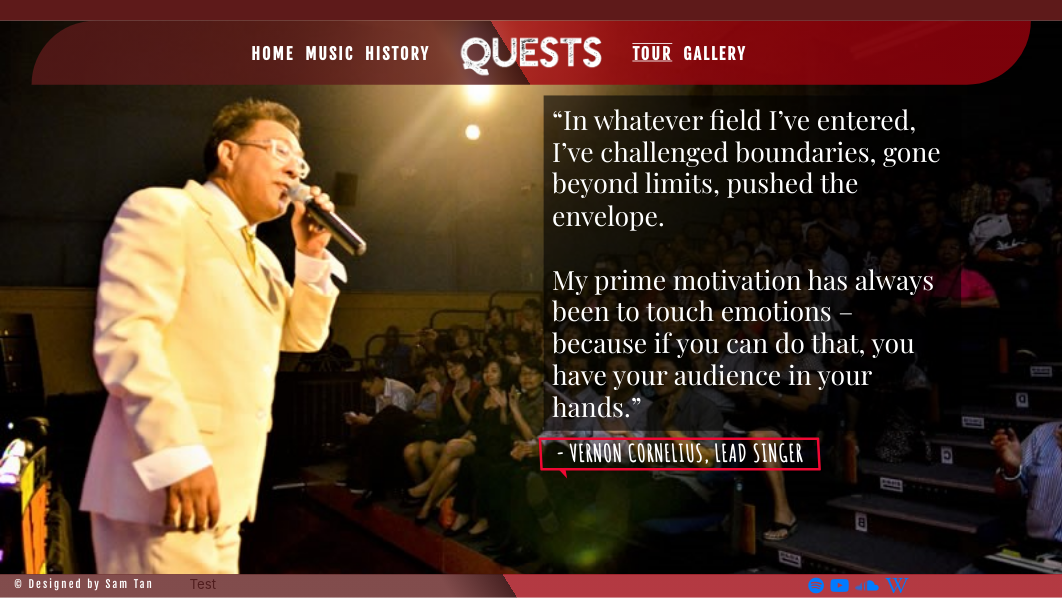
Repository: SamLookingGlass/User-Centric-Frontend-Development-Project
Page: tour.html
The author's editor kept a record of every edit. The page is drawn from the files as they stood at one moment, then again after the next edit.
The browser window is 1280 px wide. The pictures show the whole page, at 83% of full size.
Some web libraries are served in a nearby version.

Above is the page before.

### tour.html
<!doctype html>
<html lang="en">

<head>
    <!-- Required meta tags -->
    <meta charset="utf-8">
    <meta name="viewport" content="width=device-width, initial-scale=1, shrink-to-fit=no">

    <!-- Bootstrap CSS -->
    <link rel="stylesheet" href="https://maxcdn.bootstrapcdn.com/bootstrap/4.0.0/css/bootstrap.min.css" integrity="sha384-Gn5384xqQ1aoWXA+058RXPxPg6fy4IWvTNh0E263XmFcJlSAwiGgFAW/dAiS6JXm" crossorigin="anonymous">

    <!-- Google Fonts CSS -->
    <link href="https://fonts.googleapis.com/css?family=Fjalla+One&display=swap" rel="stylesheet">
    <link href="https://fonts.googleapis.com/css?family=Amatic+SC&display=swap" rel="stylesheet">
    <link href="https://fonts.googleapis.com/css?family=Playfair+Display&display=swap" rel="stylesheet">

    <!-- Font Awesoe CSS -->
    <link rel="stylesheet" href="https://cdnjs.cloudflare.com/ajax/libs/font-awesome/4.7.0/css/font-awesome.min.css">

    <!-- Own Stylesheet -->
    <link href="style.css" rel="stylesheet" type="text/css" />

    <title>The Quests Official - Tour</title>
</head>

<body id="borderhome">
    <!--<div class="container-fluid" style="height:2vw"></div>-->
    <nav class="fontnew" id="navbg">
        <div class="container-fluid">
            <div class="row d-lg-flex">
                <div class="col-5 navnew navleft d-flex justify-content-end">
                    <ul class="d-flex">
                        <li><a href="home.html">HOME</a></li>
                        <li><a href="music.html">MUSIC</a></li>
                        <li><a href="history.html">HISTORY</a></li>
                    </ul>
                </div>
                <div class="col-2 d-lg-flex justify-content-center">
                    <a class="" href="home.html">
                     <img id="navlogo" class="img-fluid" src="images/logo/logo.png" alt="Quests Logo">
                </a>
                </div>
                <div class="col-5 navnew navright d-lg-flex justify-content-start">
                    <ul class="d-flex">
                        <li id="active"><a href="tour.html">TOUR</a></li>
                        <li><a href="gallery.html">GALLERY</a></li>
                    </ul>
                </div>
            </div>
        </div>
    </nav>
    <section class="tour-background">
        <div style="height:500pt" class="container-fluid">
            <div class="row">
                <div class="col-1"></div>
                <div class="col-5"></div>
                <div class="col-5 fonttypo">
                    <div>
                        <h2 class="cardbod cardbod-tour">
                            “In whatever field I’ve entered, I’ve challenged boundaries, gone beyond limits, pushed the envelope.
                            <br>
                            <br> My prime motivation has always been to touch emotions – because if you can do that, you have your audience in your hands.”
                            <br>
                        </h2>
                        <h3 class="blockheader1 ">
                            - Vernon Cornelius, Lead Singer
                        </h3>
                    </div>
                    <div class="col-1"></div>
                </div>
            </div>
    </section>
    <section>
        <div class="container-fluid">
            <div class="row">
                <div class="col-2"></div>
                <div class="col-8">
                    Test
                </div>
                <div class="col-2"></div>
            </div>
        </div>
    </section>
    <footer class="fixed-bottom fontfooter" id="navbg1">
        <div class="container-fluid">
            <div class="row">
                <div class="col-3">© Designed by Sam Tan </div>
                <div class="col-6 d-lg-flex justify-content-center"></div>
                <div class="col-3">
                    <!--<a href=""><i class="fa fa-facebook-square" style="font-size:22px"></i></a>-->
                    <a href="https://open.spotify.com/artist/4AOgY5YwQw4d5pgEX3f56A" target="_blank"><i class="fa fa-spotify" style="font-size:22px"></i></a>
                    <a href="https://www.youtube.com/user/JoeWuSeattleWaUSA/featured" target="_blank"><i class="fa fa-youtube-play" style="font-size:22px"></i></a>
                    <a href="https://soundcloud.com/user-73693220/keith-locke-the-quests-dont-1" target="_blank"><i class="fa fa-soundcloud" style="font-size:22px"></i></a>
                    <a href="https://en.wikipedia.org/wiki/The_Quests" target="_blank"><i class="fa fa-wikipedia-w" style="font-size:22px"></i></a>
                </div>
            </div>
        </div>
    </footer>

    <!-- Optional JavaScript -->
    <!-- jQuery first, then Popper.js, then Bootstrap JS -->
    <script src="https://code.jquery.com/jquery-3.2.1.slim.min.js" integrity="sha384-KJ3o2DKtIkvYIK3UENzmM7KCkRr/rE9/Qpg6aAZGJwFDMVNA/GpGFF93hXpG5KkN" crossorigin="anonymous"></script>
    <script src="https://cdnjs.cloudflare.com/ajax/libs/popper.js/1.12.9/umd/popper.min.js" integrity="sha384-ApNbgh9B+Y1QKtv3Rn7W3mgPxhU9K/ScQsAP7hUibX39j7fakFPskvXusvfa0b4Q" crossorigin="anonymous"></script>
    <script src="https://maxcdn.bootstrapcdn.com/bootstrap/4.0.0/js/bootstrap.min.js" integrity="sha384-JZR6Spejh4U02d8jOt6vLEHfe/JQGiRRSQQxSfFWpi1MquVdAyjUar5+76PVCmYl" crossorigin="anonymous"></script>
</body>

</html>

### style.css
/*Sanity Checks*/
.blue {
    background-color:blue;

}
.bod {
    border:solid 1px black;
}

.shadow-black {
    text-shadow: 2px 2px black;
}

.shadow-grey {
    text-shadow: 2px 1px grey;
}

/*Home Styling*/
.cardbod {
    margin-top:7vw;
    padding:0.5vw;
    display: flex;
    flex-direction: column;
}

/*Arrow Test https://codepen.io/raf187/pen/BvgGRQ*/
.red {
    margin-top:17vw;
}
body{
  margin-top: 0;
  padding: 0;
}
.arrow{
    position: absolute;
    top: 50%;
    left: 50%;
    transform: translate(-50%,-50%);
}
.arrow span{
    display: block;
    width: 30px;
    height: 30px;
    border-bottom: 5px solid rgb(158,2,13,0.7);
    border-right: 5px solid rgb(158,2,13,0.7);
    transform: rotate(45deg);
    margin: -12px;
    animation: animate 2s infinite;
}
.arrow span:nth-child(2){
    animation-delay: -0.2s;
}
.arrow span:nth-child(3){
    animation-delay: -0.4s;
}

@keyframes animate {
    0%{
        opacity: 0;
        transform: rotate(45deg) translate(-20px,-20px);
    }
    50%{
        opacity: 1;
    }
    100%{
        opacity: 0;
        transform: rotate(45deg) translate(20px,20px);
    }
}

/**/
#borderhome {
    border-top: solid 2vw rgb(94,26,26);
}

/*Parralax Scrolling */
.parralax {
    background-color:teal;
    height:480pt;
    background-attachment: fixed;
    background-position: center;
    background-repeat: no-repeat;
    background-size: cover;
}

.notparralax {
    background-image:url("images/background/background3.jpg");
    height:400pt;
    background-attachment: fixed;
    background-position: center;
    background-repeat: no-repeat;
    background-size: cover;
}

.notparralax div {
    padding-top:1vw;
}

#navbg {
    background:rgb(94,26,26);
    background:linear-gradient(58deg, rgba(94,26,26,0.78) 42%, rgba(52,10,10,0.9) 48%, rgba(158,2,13,0.78) 48%);
    /*margin: 0 3vw; */
    border-radius:15vw 0 15vw 0;
    position:absolute;
    z-index:1;
    left:0;
    right:0;
    margin:auto 3vw;
}

#navbg1 {
    background:rgb(94,26,26);
    background:linear-gradient(58deg, rgba(94,26,26,0.78) 42%, rgba(52,10,10,0.9) 48%, rgba(158,2,13,0.78) 48%);
    /*margin: 0 2vw; */
    /*border-radius:15vw 15vw 0 0;*/
}

.navbgz {
        position:absolute;
        z-index:1;
}
#active {
    text-decoration: underline overline;
}

.badgedesign {
    margin:10pt;
    padding:10pt;
    border: solid white 2pt;
    background-color:rgba(0, 0, 0, 0.6);
}

#navlogo {
   filter: invert(1);
   padding-top: 1.5vw;
}
.navnew li a {
    color: white;
}

.navnew li a:hover {
    text-decoration: underline overline;
}

.navnew li {
    text-decoration: none;
    list-style: none;
    padding-top: 1.5vw;
    margin: 5pt;
    font-size: 1.5vw;
    font-weight: bold;
}

.navright ul {
    position: relative;
    padding-left:0;
}

.navleft ul {
    position: relative;
    padding-right:0;
}

.fontnew {
    color:white;
    font-size: 1.3vw;
    font-family: 'Fjalla One', sans-serif;
    letter-spacing:0.2vw;

}

.fonttypo {
    font-family: 'Playfair Display', serif;
    color:white;
    font-size: 1vw;
    font-weight:bolder;
}

.fontfooter {
    color:white;
    font-size: 1vw;
    font-family: 'Fjalla One', sans-serif;
    letter-spacing:0.2vw;
    padding:0.18vw;
}

.logos i {
    padding-right:0.2vw;
    color:white;
    font-size:22px;
}

.logos i:hover {
    color:black;
}

#sec1 h1, p{
    padding:5pt;
    margin:10pt;
}

#videobg {
    z-index: -1;
    position: fixed;
    right: 0;
    bottom: 0;
    min-width: 100%;
    min-height: 120%;
}

@media (min-aspect-ratio: 16/9) {
    #videobg {
        width: 100%;
        height: auto;
    }
}

@media (min-aspect-ratio: 16/9) {
    #videobg {
        width: auto;
        height: 100%;
    }
}

/*edit size*/
@media (max-width: 200px) {
    #videobg {
        display: none;
    }
    body {
        background: url("");
        background-size: cover;
    }
}

/*Newsletter Form*/
/*To reference DNCE*/
.formbackground {
    margin-top:5vw;
    background-color:rgba(0, 0, 0, 0.8);
    padding:2vw;
}
#formcta {
    text-align: center;
    line-height: 1;
    cursor: pointer;
    vertical-align: middle;
    padding: .85em 1em;
    color: #fefefe;
    font-weight: 700;
    border-radius: 1px;
    margin: 0 10px 0 auto;
    border: none;
    transition: background .2s ease-in-out;
    font-size: 1rem;
    outline: 0;
    letter-spacing: .1em;
    text-transform: uppercase;
}

/*To reference DNCE*/
.blockheader1 {
    display: inline-block;
    font-family: "Amatic SC",cursive;
    font-weight: 700;
    border: 3px solid #f00833;
    color: white;
    padding: 0 1.125rem;
    margin: 0;
    border-radius: 1px;
    clear: both;
    letter-spacing: .05em;
    text-align: left;
    width: auto;
    text-transform: uppercase;
    position: relative;
    left: -1%;
    transform: skew(3deg);
}
.blockheader1::after {
    content: '';
    width: 0;
    height: 0;
    top: auto;
    border-style: solid;
    border-width: 12px 0 0 8px;
    border-color: #f00833 transparent transparent;
    position: absolute;
    bottom: -13px;
    left: 6%;
    z-index: 0;
    transform: rotate(-7deg);
}

#red-font {
    color: #f00833;
}

/*Gallery Styling*/


.fonttypo-gallery {
    font-family: 'Playfair Display', serif;
    color:rgb(158,2,13);
    font-size: 1vw;
    font-weight:bolder;
}

/*Reference for Gallery Images https://codepen.io/ozzy21/pen/JqgrvP*/

#gallerybod {
  margin: 0;
  padding: 0;
}
.container {
  width: 100%;
  display: grid;
  grid-auto-flow: dense;
  grid-template:
    "1fr 1fr 1fr 1fr 1fr" 33.33vh
    "1fr 1fr 1fr 1fr 1fr" 33.33vh
    "1fr 1fr 1fr 1fr 1fr" 33.33vh;
}

.container .box {
  position: relative;
  background: #ccc;
}
.container .box.a {
  grid-row: span 2;
}
.container .box.b,
.container .box.f,
.container .box.h,
.container .box.j {
  grid-column: span 2;
}
.container .box img {
  position: absolute;
  top: 0;
  left: 0;
  width: 100%;
  height: 100%;
  object-fit: cover;
}
@media (max-width: 991px) {
  .container {
    grid-template:
      "1fr 1fr 1fr" 250px
      "1fr 1fr 1fr" 250px
      "1fr 1fr 1fr" 250px
      "1fr 1fr 1fr" 250px
      "1fr 1fr 1fr" 250px;
  }
}
@media (max-width: 768px) {
  .container {
    grid-template:
      "1fr 1fr" 200px
      "1fr 1fr" 200px
      "1fr 1fr" 200px
      "1fr 1fr" 200px
      "1fr 1fr" 200px
      "1fr 1fr" 200px
      "1fr 1fr" 200px;
  }
}
.container .box.h {
  grid-column: span 1;
}

/*Music Styling*/
.cardbod-left {
    margin-top:13.1vw;
}

.cardbod-right {
    margin-top:9.1vw;
}

.cardbod-right div{
    margin:0.2vw;
}

.music-background {
    background-image: url("images/background/background4.jpg");
    background-position: center;
    background-repeat: no-repeat;
    background-size: cover;
    z-index:-1;
}

/*Tour Styling*/
.tour-background {
    background-image: url("images/background/background2.jpg");
    background-position: center;
    background-repeat: no-repeat;
    background-size: cover;
    z-index:-1;
}

.cardbod-tour {
    background-color: rgba(0,0,0,0.6);
    padding:10px;
}


.albumclass td img {
    width:6vw;
    margin-right:2vw;
    box-shadow: 0 4px 8px 0 rgba(0, 0, 0, 0.4), 0 10px 20px 0 rgba(0, 0, 0, 0.4);
}

.table th, .table td {
  vertical-align: baseline;
}

.table {
    margin-bottom:0;
}

/*History Styling*/
.history-background {
    background-image: url("images/gallery/image8.jpg");
    background-position: center;
    background-repeat: no-repeat;
    background-size: cover;
    z-index:-1;
}

.cardbod-left-history {
    margin-top:11.1vw;
}

.fonttypo-history {
    font-family: 'Playfair Display', serif;
    color:rgb(158,2,13);
    font-size: 1.5vw;
    font-weight:bolder;
}

After the next edit:
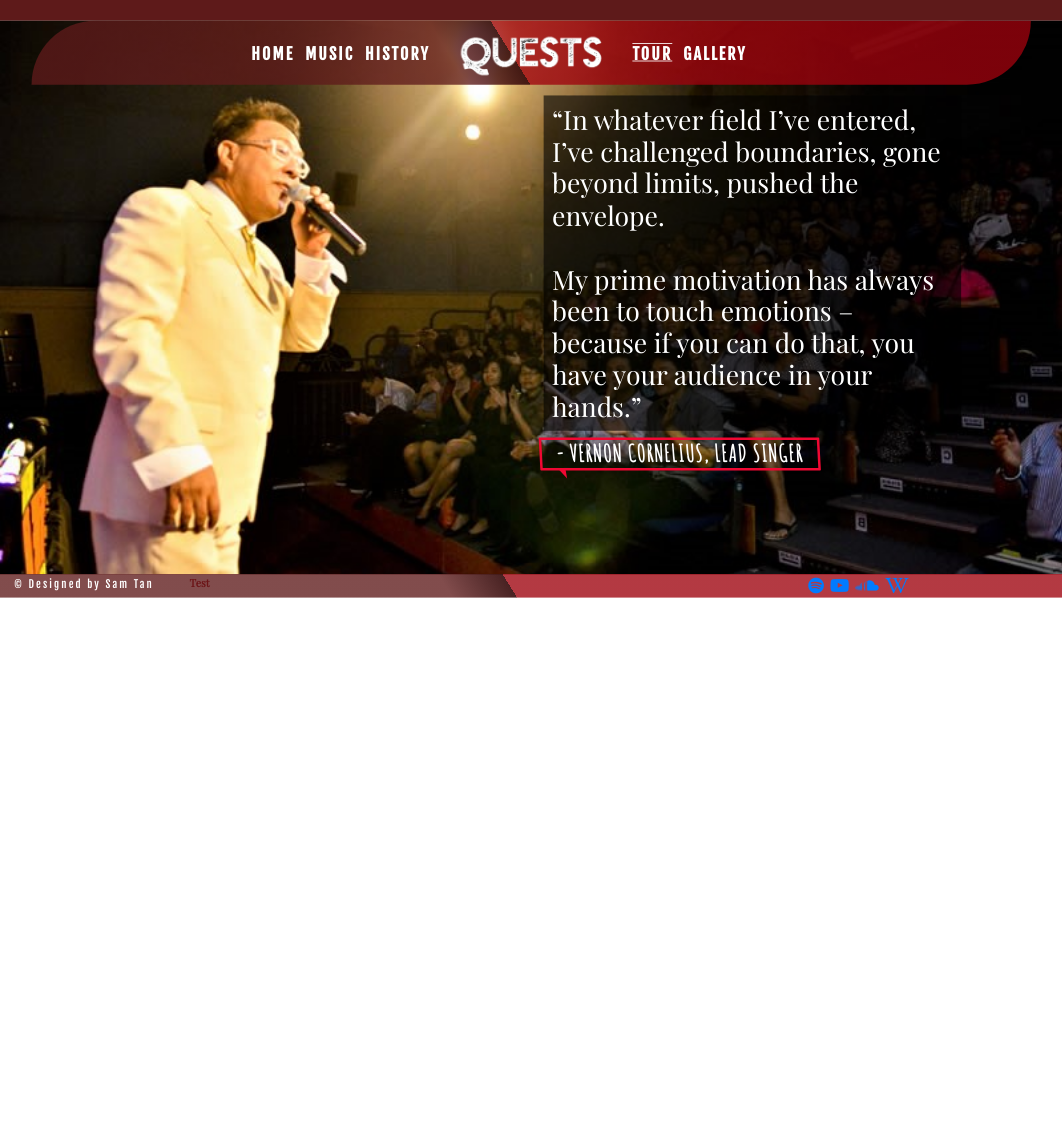
The edit:
--- a/tour.html
+++ b/tour.html
@@ -71,7 +71,7 @@
             </div>
     </section>
     <section>
-        <div class="container-fluid">
+        <div style="height:500pt" class="container-fluid fonttypo-gallery">
             <div class="row">
                 <div class="col-2"></div>
                 <div class="col-8">
